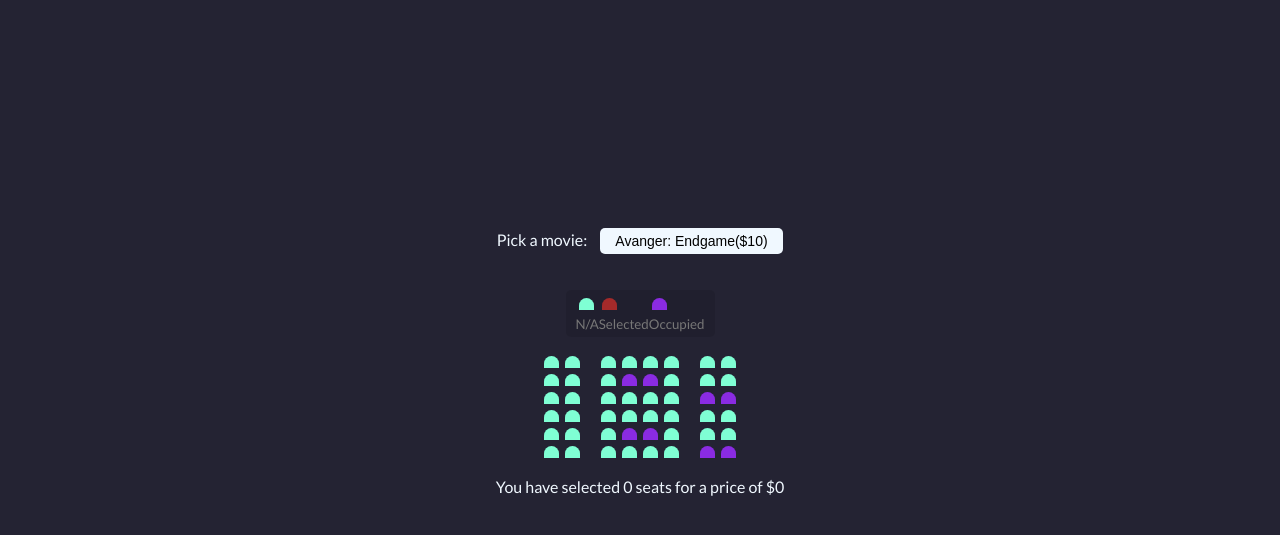
Repository: atko87/Movie-seat-Booking
Page: index.html
The author's editor kept a copy of each file at every save. The page is drawn from the files as they stood at one save, then again after the next save.
The browser window is 1280 px wide. The pictures show the whole page.

Above is the page before, as saved 2020-03-08 14:04:37.

### index.html
<!DOCTYPE html>
<html lang="en">
  <head>
    <meta charset="UTF-8" />
    <meta name="viewport" content="width=device-width, initial-scale=1.0" />
    <link rel="stylesheet" href="style.css" />
    <title>Movie Seat Booking</title>
  </head>
  <body>
    <div class="movie-container">
      <label>Pick a movie:</label>
      <select id="movie">
        <option value="10">Avanger: Endgame($10)</option>
        <option value="12">Joker ($12)</option>
        <option value="8">Neretva($15)</option>
        <option value="9">Delfina ($20)</option>
      </select>
    </div>

    <ul class="showcase">
      <li>
        <div class="seat"></div>
        <small>N/A</small>
      </li>
      <li>
        <div class="seat selected"></div>
        <small>Selected</small>
      </li>
      <li>
        <div class="seat occupied"></div>
        <small>Occupied</small>
      </li>
    </ul>

    <div class="container">
      <div class="screen"></div>
      <div class="row">
        <div class="seat"></div>
        <div class="seat"></div>
        <div class="seat"></div>
        <div class="seat"></div>
        <div class="seat"></div>
        <div class="seat"></div>
        <div class="seat"></div>
        <div class="seat"></div>
      </div>
      <div class="row">
        <div class="seat"></div>
        <div class="seat"></div>
        <div class="seat"></div>
        <div class="seat occupied"></div>
        <div class="seat occupied"></div>
        <div class="seat"></div>
        <div class="seat"></div>
        <div class="seat"></div>
      </div>
      <div class="row">
        <div class="seat"></div>
        <div class="seat"></div>
        <div class="seat"></div>
        <div class="seat"></div>
        <div class="seat"></div>
        <div class="seat"></div>
        <div class="seat occupied"></div>
        <div class="seat occupied"></div>
      </div>
      <div class="row">
        <div class="seat"></div>
        <div class="seat"></div>
        <div class="seat"></div>
        <div class="seat"></div>
        <div class="seat"></div>
        <div class="seat"></div>
        <div class="seat"></div>
        <div class="seat"></div>
      </div>
      <div class="row">
        <div class="seat"></div>
        <div class="seat"></div>
        <div class="seat"></div>
        <div class="seat occupied"></div>
        <div class="seat occupied"></div>
        <div class="seat"></div>
        <div class="seat"></div>
        <div class="seat"></div>
      </div>
      <div class="row">
        <div class="seat"></div>
        <div class="seat"></div>
        <div class="seat"></div>
        <div class="seat"></div>
        <div class="seat"></div>
        <div class="seat"></div>
        <div class="seat occupied"></div>
        <div class="seat occupied"></div>
      </div>
    </div>
    <p class="text">
      You have selected <span id="count">0 </span>seats for a price of $<span
        id="total"
        >0</span
      >
    </p>
    <script src="script.js"></script>
  </body>
</html>

### style.css
@import url("https://fonts.googleapis.com/css?family=Lato&display=swap");

* {
  box-sizing: border-box;
}

body {
  background-color: #242333;
  color: aliceblue;
  display: flex;
  flex-direction: column;
  align-items: center;
  justify-content: center;
  height: 100vh;
  font-family: "Lato", sans-serif;
  margin: 0;
}

.movie-container {
  margin: 20px 0;
}

.movie-container select {
  background-color: aliceblue;
  border: 0;
  border-radius: 5px;
  font-size: 14px;
  margin-left: 10px;
  padding: 5px 15px 5px 15px;
  -moz-appearance: none;
  -webkit-appearance: none;
  appearance: none;
}
.seat {
  background-color: aquamarine;
  height: 12px;
  width: 15px;
  margin: 3px;
  border-top-left-radius: 10px;
  border-top-right-radius: 10px;
}
.seat.selected {
  background-color: brown;
}
.seat.occupied {
  background-color: blueviolet;
}
.seat:nth-of-type(2) {
  margin-right: 18px;
}
.seat:nth-last-of-type(2) {
  margin-left: 18px;
}
.seat:not(.occupied):hover {
  cursor: pointer;
  transform: scale(1.2);
}
.showcase.seat:not(.occupied):hover {
  cursor: default;
  transform: scale(1);
}
.showcase {
  background-color: rgba(0, 0, 0, 0.1);
  padding: 5px 10px;
  border-radius: 5px;
  color: #777;
  list-style-type: none;
  display: flex;
  justify-content: space-between;
}
.row {
  display: flex;
}

Loaded but not shown: script.js (no copy from this time; the picture is the same without it)

After the next save:
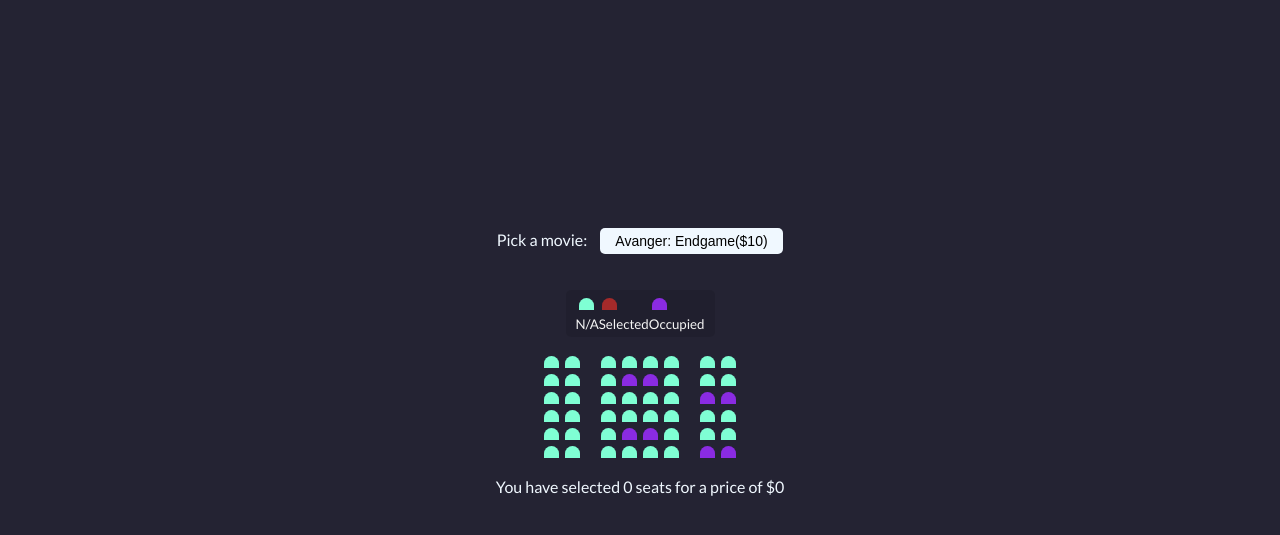
Saved 29 s later.
--- a/style.css
+++ b/style.css
@@ -63,7 +63,7 @@
   background-color: rgba(0, 0, 0, 0.1);
   padding: 5px 10px;
   border-radius: 5px;
-  color: #777;
+  color: whitesmoke;
   list-style-type: none;
   display: flex;
   justify-content: space-between;
